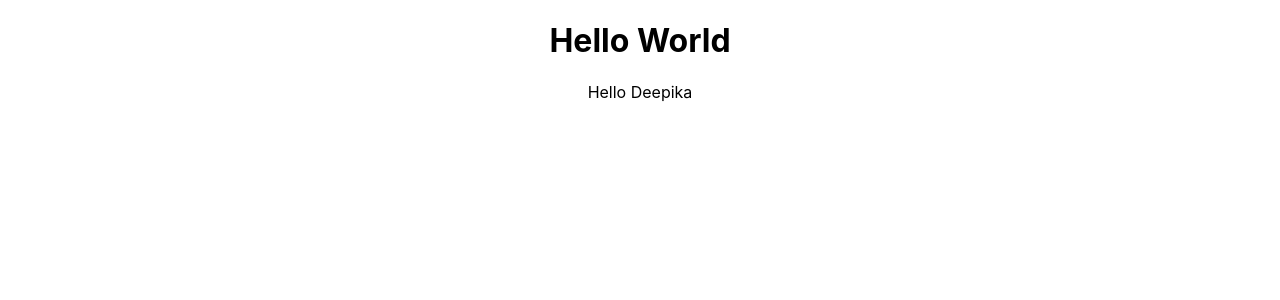
Repository: DeepikaSuretek/React
Page: / (app in practice-app/)
The author's editor kept a copy of each file at every save. The page is drawn from the files as they stood at one save, then again after a run of saves.
The browser window is 1280 px wide. The pictures show the whole page.
The project was rebuilt for these pictures with package versions that can differ from the ones it lists, and the page was loaded fresh each time.

Above is the page before, as saved 2024-07-08 17:53:22.

### practice-app/src/App.js
import './App.css';
import User from './class-component/class';
//import User from './functional-component/function'

function App() {
  return (
    <div className="App">
     <h1>Hello World</h1>
     <User name='Anil'/>
    </div>
  );
}

export default App;

### practice-app/src/App.css
.App {
  text-align: center;
}

.App-logo {
  height: 40vmin;
  pointer-events: none;
}

@media (prefers-reduced-motion: no-preference) {
  .App-logo {
    animation: App-logo-spin infinite 20s linear;
  }
}

.App-header {
  background-color: #282c34;
  min-height: 100vh;
  display: flex;
  flex-direction: column;
  align-items: center;
  justify-content: center;
  font-size: calc(10px + 2vmin);
  color: white;
}

.App-link {
  color: #61dafb;
}

@keyframes App-logo-spin {
  from {
    transform: rotate(0deg);
  }
  to {
    transform: rotate(360deg);
  }
}

.loader{
  height: 100px;
  width: 100px;
  border: 8px solid;
  border-color: black black black red;
  border-radius: 50%;
  animation: App-logo-spin 2s linear infinite;
}

### practice-app/src/class-component/class.js
import { Component } from "react"

class User extends Component{
    constructor(){
        super();
        this.state = {
            data:'Deepika'
        }
    }
    render(){
        return(
           <div>Hello {this.state.data}</div>
        )
    }
}

export default User;

Loaded but not shown: practice-app/public/index.html (common file); practice-app/src/index.js (common file); practice-app/src/index.css (common file); practice-app/src/reportWebVitals.js (common file)

After the next 4 saves:
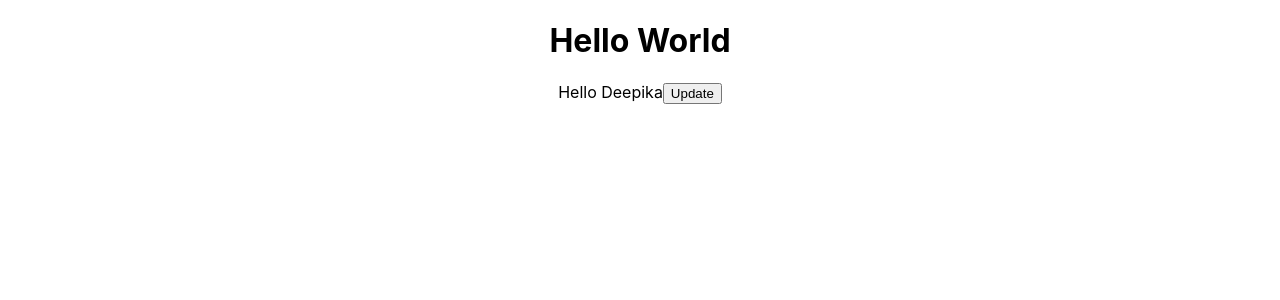
The 4 saves are shown as one change because 3 did not build or start.
The last was saved 2 min 12 s later.
--- a/practice-app/src/class-component/class.js
+++ b/practice-app/src/class-component/class.js
@@ -7,9 +7,16 @@ class User extends Component{
             data:'Deepika'
         }
     }
+
+    chageData(){
+
+    }
     render(){
         return(
-           <div>Hello {this.state.data}</div>
+           <div>Hello {this.state.data}
+           <button onClick={()=>this.changeData()}>Update</button>
+           </div>
+
         )
     }
 }
